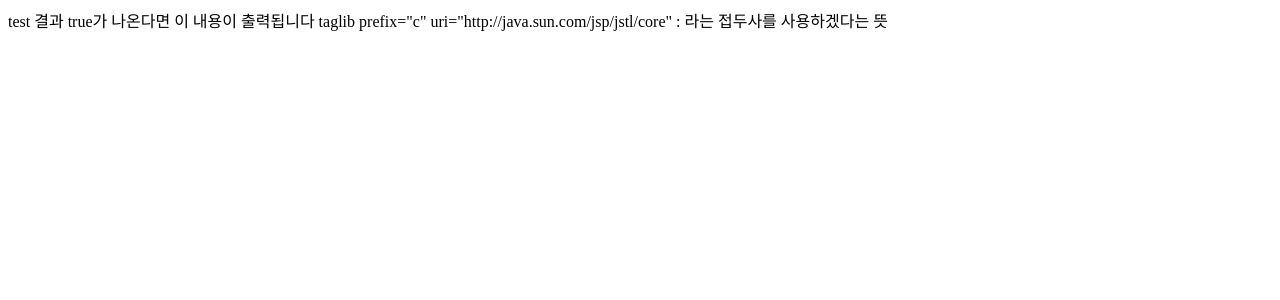
Repository: y2kim/workspace3
Page: http://localhost/WEB_MVC2_JSP_06_04/outputview.jsp
These files come from the project's save history. The page is drawn as it stood at one moment and after the next save; the edit follows.
The browser window is 1280 px wide. The pictures show the whole page.
The page is served by Tomcat 9.

Above is the page before, as saved 2018-06-05 02:27:30.

After the next save:
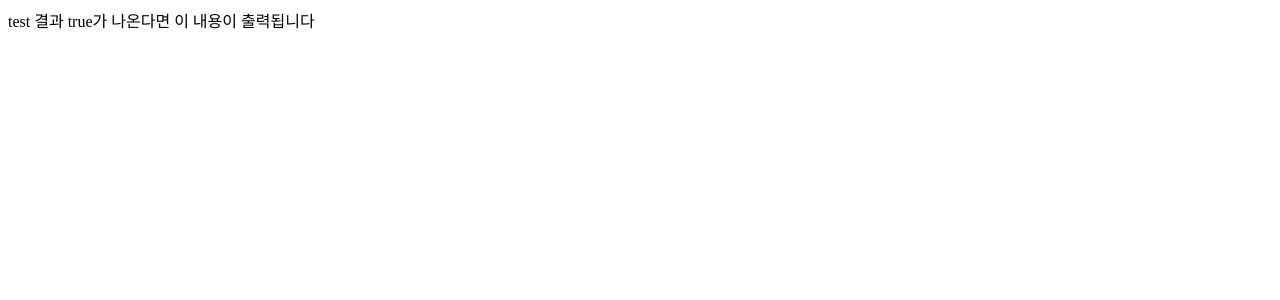
Saved 15 s later.
--- a/WEB_MVC2_JSP_06_04/WebContent/outputview.jsp
+++ b/WEB_MVC2_JSP_06_04/WebContent/outputview.jsp
@@ -14,6 +14,6 @@
 
 
 
-		 taglib prefix="c"  uri="http://java.sun.com/jsp/jstl/core" : 라는 접두사를 사용하겠다는 뜻
+		<!--  taglib prefix="c"  uri="http://java.sun.com/jsp/jstl/core" : 라는 접두사를 사용하겠다는 뜻 	 -->
 </body>
 </html>
